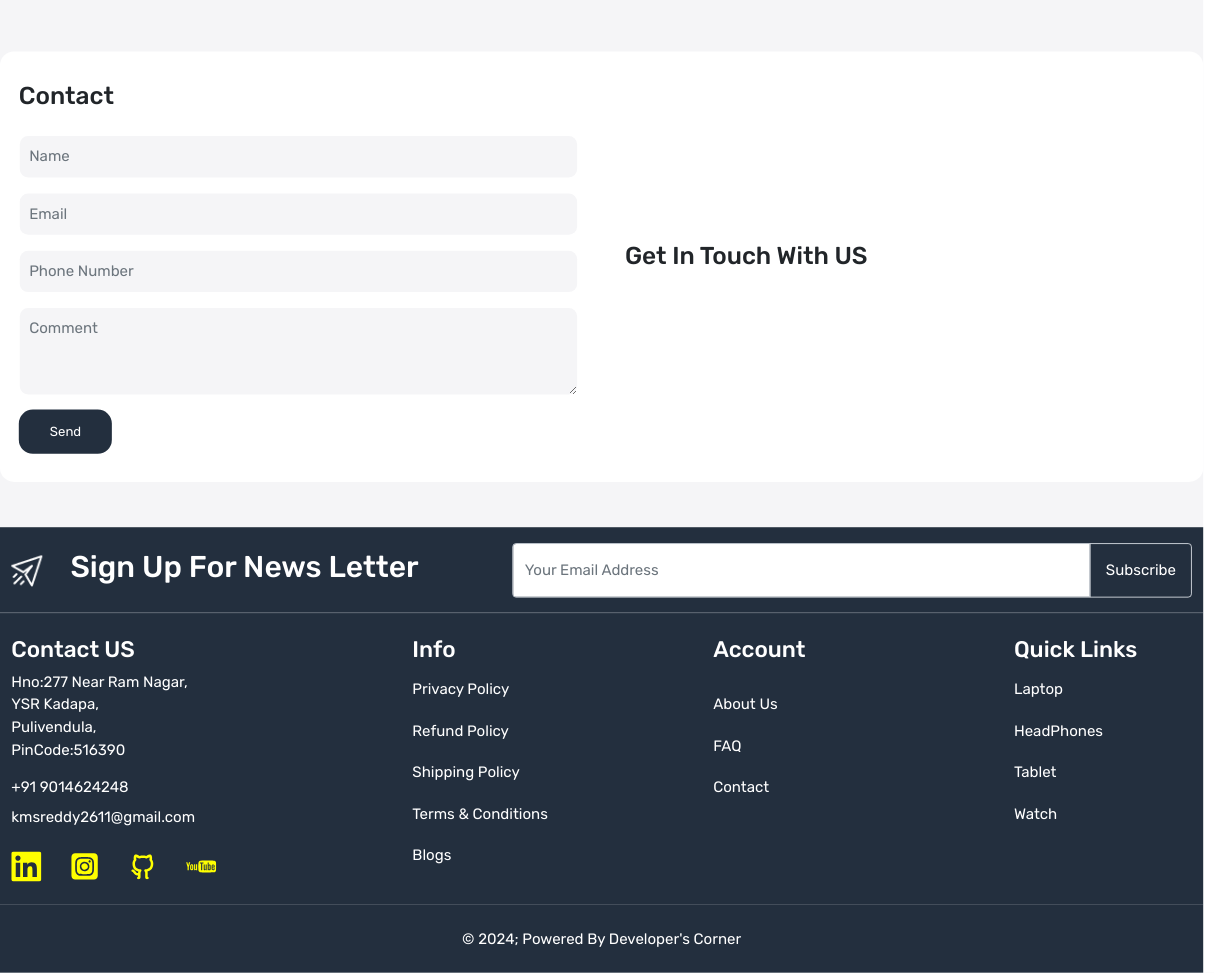
Repository: maniheist/ecommerce-app
Page: /contact
An editor plug-in stored every save of this project. The page is shown before and after the next save, followed by the edit.
The browser window is 1280 px wide. The page is 1292 px wide, so the pictures cover 1292 px, including what lies to the right of the window. The pictures show the part of the page from y = 787 to 1822 px (the page is 1822 px tall), at 94% of full size.
The project was rebuilt for these pictures with package versions that can differ from the ones it lists, and the page was loaded fresh each time. Also part of the build but not shown: src/components/BlogCard.js, src/components/ProductCard.js, src/components/SpecialProduct.js, src/pages/Home.js, src/pages/About.js, src/pages/OurStore.js, src/pages/Blog.js.

Above is the page before, as saved 2024-02-19 21:55:09.

### public/index.html
<!DOCTYPE html>
<html lang="en">
  <head>
    <meta charset="utf-8" />
    <link rel="icon" href="%PUBLIC_URL%/favicon.ico" />
    <meta name="viewport" content="width=device-width, initial-scale=1" />
    <meta name="theme-color" content="#000000" />
    <meta
      name="description"
      content="Web site created using create-react-app"
    />
    <link rel="apple-touch-icon" href="%PUBLIC_URL%/logo192.png" />

    <link rel="preconnect" href="https://fonts.googleapis.com" />
    <link rel="preconnect" href="https://fonts.gstatic.com" crossorigin />
    <link
      href="https://fonts.googleapis.com/css2?family=Rubik:ital,wght@0,300..900;1,300..900&display=swap"
      rel="stylesheet"
    />
    <link
      href="https://cdn.jsdelivr.net/npm/bootstrap@5.0.2/dist/css/bootstrap.min.css"
      rel="stylesheet"
      integrity="sha384-EVSTQN3/azprG1Anm3QDgpJLIm9Nao0Yz1ztcQTwFspd3yD65VohhpuuCOmLASjC"
      crossorigin="anonymous"
    />
    <link rel="manifest" href="%PUBLIC_URL%/manifest.json" />

    <title>React Redux App</title>
  </head>
  <body>
    <noscript>You need to enable JavaScript to run this app.</noscript>
    <div id="root"></div>
    <script
      src="https://cdn.jsdelivr.net/npm/bootstrap@5.0.2/dist/js/bootstrap.bundle.min.js"
      integrity="sha384-MrcW6ZMFYlzcLA8Nl+NtUVF0sA7MsXsP1UyJoMp4YLEuNSfAP+JcXn/tWtIaxVXM"
      crossorigin="anonymous"
    ></script>
  </body>
</html>

### src/index.js
import React from 'react';
import { createRoot } from 'react-dom/client';

import App from './App';

const container = document.getElementById('root');
const root = createRoot(container);

root.render(

      <App />

);

### src/App.js
import React from 'react';
import './App.css';
import {BrowserRouter,Routes,Route} from "react-router-dom";
import Layout from "./components/Layout";
import Home from "./pages/Home"
import About from "./pages/About"
import Contact from "./pages/Contact"
import OurStore from './pages/OurStore';
import Blog from "./pages/Blog";
function App() {
  return (
    <>
      <BrowserRouter>
        <Routes>
        <Route path="/" element={<Layout />}>
<Route index element={<Home />} />
<Route path="about" element={<About />}/>
<Route path="contact" element={<Contact />}/>
<Route path="store" element={<OurStore />}/>
<Route path="blogs" element={<Blog />}/>


        </Route>

        </Routes>
      </BrowserRouter>
    </>

  );
}

export default App;

### src/App.css
*{
  margin:0;
  padding:0;
  box-sizing:border-box;
}
:root{
  --color-131921:#131921;
  --color-3b4149:#3b4149;
--color-febd69:#fedb69;
--color-232f3e:#232f3e;
--color-bf4800:#bf4800;
--color-f5f5f7:#f5f5f7;
--color-ededed:#ededed;
--color-777777:#777777;
--color-1c1b1b:#1c1b1b;
--color-f2f2f2:#f2f2f2;
}

.section-heading{
  font-size: 26px;
  line-height: 32px;
  font-weight: 500;
  margin-bottom: 30px;

}
.card-wrapper{
  background-color: white;
  box-shadow: 0 0 10px #0000001a;
  padding: 15px;
}

.button{
  background-color:var(--color-232f3e) ;
  color: white;
  padding: 13px 33px;
  font-size: 14px;
  border-radius: 15px;
}
.button:hover{
  background-color: var(--color-febd69);
  color:#131921
}
body {
  font-family:"Rubik", sans-serif;
}
a {
  text-decoration:none;
  display:inline-block;
}

.form-control:focus{
  box-shadow:none;
  border-color: inherit;
}

/*header part*/
.header-top-strip{
  border-bottom: 1px solid var(--color-3b4149);
  background-color:var(--color-131921) ;
}

.header-upper{
  background-color: var(--color-131921);
}

.header-bottom{
  background-color: var(--color-232f3e);
}

.header-upper .input-group-text{
  background-color: var(--color-febd69);
}

.header-upper.header-upper-links img{
  width:35px;
  height: 35px;
}

.gap-10{
  gap: 10px;
}


.gap-15{
  gap: 15px;
}

.gap-30{
  gap: 30px;
}
.header-bottom .menu-links a,
.header-bottom .dropdown button
{
  color: white;
  font-size: 14px;
  line-height: 18px;
  font-weight: 480;
  letter-spacing:0.3;
  text-transform: uppercase;
}

.header-bottom .dropdown button:focus{
  box-shadow: none;
}

.header-bottom .dropdown-menu{
  background-color: var(--color-131921);
  width:100%;
  transform: translate3d(0px,57px,0px) !important;
}

.header-bottom .dropdown-item{
  padding:20px;
  margin-bottom: 3px;
  border-bottom: 1px solid var(--color-3b4149)
  ;

}
.header-bottom .dropdown-item:hover{
  background-color: transparent;
  color: var(--color-febd69) !important;
}
/*header part end */


/*footer part  */

footer{
  background-color: var(--color-232f3e);
}



footer:not(:first-child){
  border-top:1px solid rgba(255,255,255,0.1);

}

footer .input-group-text{
  background-color: var(--color-232f3e);
  color:white;
  padding:8px 17px;
}
/* footer part end */

/*Home page*/

.main-banner-content{
  top:15%;
  left:5%;
}

.main-banner-content h4{

  font-size: 19px;
  font-weight: 400;
  line-height: 24px;
  color:var(--color-bf4800);
  margin: 0 0 12px;
  letter-spacing: 0.3px;
  text-transform: uppercase;

}

.main-banner-content h5{
  font-size: 52px;
  font-weight: 500;
  line-height: 64px;
  letter-spacing: -2px;
  text-transform: none;

}

.main-banner-content p{
  font-size: 18px;
  line-height: 28px;
  letter-spacing: 0.4px;
  font-weight: 100;
  color: var(--color-131921);
}


.small-banner-content{
  top:25%;
  left:10%;
}

.small-banner-content h4{

  font-size: 21px;
  font-weight: 400;
  line-height: 24px;
  color:var(--color-bf4800);
  margin: 0 0 12px;
  letter-spacing: 0.3px;
  text-transform: uppercase;
}
.small-banner-content h5{
  font-size: 33px;
  font-weight: 500;
  line-height: 34px;
  letter-spacing: -2px;
  text-transform: none;

}

.small-banner-content p{
  font-size: 18px;
  line-height: 28px;
  letter-spacing: 0.4px;
  font-weight: 100;
  color: var(--color-131921);
}

.small-banner{
  width: 49%;

}


/* Home wrapper 2 */

.home-wrapper-2{
  background-color: var(--color-f5f5f7);

}

/* Home wrapper 2 ends */

/* categories section */

.categories{
  background-color: white;
  box-shadow: 0 0 10px #0000001a;
  padding: 15px;
}

.categories > div{
  width:25%;
  padding: 10px 10px 10px 20px;
}

.categories > div:nth-child(1),
.categories > div:nth-child(2),
.categories > div:nth-child(3),
.categories > div:nth-child(4){
  border-bottom: 1px solid var(--color-ededed) ;
}

.categories>div>div{
  width:60%
}

.categories > div:nth-child(1),
.categories > div:nth-child(2),
.categories > div:nth-child(3){
  border-right: 1px solid var(--color-ededed) ;
}

.categories > div:nth-child(5),
.categories > div:nth-child(6),
.categories > div:nth-child(7){
  border-right: 1px solid var(--color-ededed) ;
}
/* categories end */

/* Home Page End */


/* Blogcard */

.blog-card{
  background-color: white;
  padding:20px;
  border-radius:10px;
}

.blog-card img{
  border-top-left-radius:10px;
  border-top-right-radius:10px;
}

.blog-content{
  padding: 15px;

}

.blog-contentp.date{
  font-size: 13px;
  line-height: 24px;
  text-transform: uppercase;
  letter-spacing: 0;
  font-weight: 400;
  color: var(--color-777777);
  padding: 0;

}

.blog-content h5{
  font-size: 18px;
  color: var(--color-131921);
}


.blog-content p.desc{
  font-size: 13px;
  line-height: 22px;
  color: var(--color-777777);
}
/*Blogcard ends*/


/* product card */

.product-card{
  padding: 15px;
  background-color: white;
  border-radius: 13px;
overflow:hidden;
width: 100%;
}

.product-card .product-image{
  height: 270px;
}

.product-card .product-image img{
  object-fit: contain;
}
.product-card .product-image> img:last-child{
  display: none;
}
.product-card:hover .product-image > img:nth-child(1){
display: none;

}
.product-card:hover .product-image>img:last-child{
  display: block;


}



.product-card:hover .action-bar{
  right: 15px;

}
.product-card .product-details h6 {
  color:var(--color-bf4800);
  font-size: 13px;



}


.product-card .product-details h5{
  font-size: 15px;
  color: var(--color-1c1b1b);
}

.product-card.product-details p.price{
  font-size: 16px;
  color: var(--color-1c1b1b);
}

.product-card p.description{
  font-size: 13px;
  color: var(--color-777777);
  margin-right: 20px;
}

.action-bar{
  top: 10%;
  right:-23px;
  transition: 0.3s;
}


.wishlist-icon{
  top: 2%;
  right:15px;

}
/* product card ends */

/* special product */

.special-product-card{
  padding:20px 10px;
  border-radius: 10px;
  background-color: white;
}

.special-product-card .badge{
  background-color:#eb353b !important;
}


/* special product ends */

/* famous start */

.famous-card .famous-content{
  top: 10%;
  left: 5%;

}

.famous-card img{
  border-radius: 10px;
}

.famous-content h5{
  font-size: 13px;
  line-height: 20px;
  font-weight: 400px;
  color: white;
  margin-bottom: 7px;
  text-transform: uppercase;

}
.famous-content h6{
  font-size: 24px;
  line-height: 38px;
  font-weight: 500;
  color: white;
}
.famous-content p{
  font-size: 16px;
  line-height: 24px;
  color: white;
  font-weight: 100;
}

/* famous ends */

/* Our Store Start */

.filter-card{
  background-color: white;
  border-radius: 10px;
  padding: 15px 15px 25px;
}

.filter-title{
  font-size: 16px;
  line-height: 20px;
  font-weight: 600;
  color: var(--color-1c1b1b);
  margin-bottom: 20px;
}

.filter-card ul,
.filter-card .form-check-label {
  list-style-type:none;
  font-size: 13px;
  line-height: 30px;
  color: var(--color-777777);
  cursor: pointer;
}

.filter-card .form-check-input:focus{
  box-shadow: none;
  border-color: rgba(0,0,0,0.25);
}
.filter-card .form-check-input:checked{
background-color: var(--color-febd69);
  border-color: var(--color-febd69);

}
.sub-title{
  font-size: 40px;
  font-weight: 600;
  color: var(--color-1c1b1b);
  margin-bottom: 15px;
  margin-top: 20px;
}

.colors{
  list-style-type: none;
  display: flex;
  flex-wrap: wrap;
  gap: 10px;
}
.colors .one{
  width: 20px;
  height: 20px;
  background-color: red;
  border-radius: 50%;
}
.colors .two{
  width: 20px;
  height: 20px;
  background-color: blue;
  border-radius: 50%;
}
.colors  .three{
  width: 20px;
  height: 20px;
  background-color: yellow;
  border-radius: 50%;
}
.colors  .four{
  width: 20px;
  height: 20px;
  background-color: pink;
  border-radius: 50%;
}
.colors  .five{
  width: 20px;
  height: 20px;
  background-color: black;
  border-radius: 50%;
}
.colors  .six{
  width: 20px;
  height: 20px;
  background-color: brown;
  border-radius: 50%;
}

.colors  .seven{
  width: 20px;
  height: 20px;
  background-color:chocolate;
  border-radius: 50%;
}

.random-products h5{
font-size: 14px;
margin-bottom: 8px;
}

.random-products:first-child{
  border-bottom: 1px solid var(--color-ededed);
}

.filter-sort-grid{
  padding: 10px;
  background-color: white;
  border-radius: 10px;
}

.grid img{
  width: 35px;
  height: 35px;
  background-color: var(--color-f2f2f2);
  padding: 8px;
  border-radius: 3px;
  cursor: pointer;
}
.grid img:hover{
  background-color:burlywood;
}

.g-12{
  width: 100%;

}
.gr-6{
  width: 49%;
}
.gr-4{
  width: 32%;
}
.gr-3{
  width: 24%;

}

.gr-12 .product-card{
  display: flex;
  gap:20px;
}
.gr-6 .product-image{
  width: 100%;
}
.gr-6 .product-image img{
  margin: auto;
  display: block;
}
.gr-12 .product-card .product-image{
  width: 270px;
}

.gr-12 .product-card .product-image{
  height: auto;
}
.gr-12 .action-bar{top: 17%;}


/* Our store ends */


/* contact us starts*/

.contact-inner-wrapper{
  padding:30px 20px;
  border-radius: 15px;
  background-color: white;
  gap:15px;
}
.contact-inner-wrapper>div{
  width: 48%;
}

.contact-title{
  font-size: 26px;
  font-weight: 500;
  line-height: 35px;
  text-align: left;

}

.contact-inner-wrapper form .form-control{
  background-color: var(--color-f5f5f7);
  border-radius: 10px;
  border-color: transparent;
  padding: 10px;
}




/* contact us ends */

### src/components/Layout.js
import React from 'react'
import {Outlet} from "react-router-dom";
import Header from "./Header";
import Footer from "./Footer";
const Layout = () => {
  return (
    <>
            <Header />
            <Outlet />
            <Footer />

    </>
  )
}

export default Layout

### src/pages/Contact.js
import React from 'react'
import BreadCrumb from '../components/BreadCrumb'
import Meta from '../components/Meta';
const Contact = () => {
  return <>
    <Meta title={"Contact Us"}></Meta>
    <BreadCrumb title='Contact Us'/>
    <div className='contact-wrapper py-5 home-wrapper-2'>
      <div container-xxl>
        <div className='row'>
          <div className='col-12'>
            <iframe src="https://www.google.com/maps/embed?pb=!1m18!1m12!1m3!1d15456.432357555697!2d78.21833090604169!3d14.420932058421547!2m3!1f0!2f0!3f0!3m2!1i1024!2i768!4f13.1!3m3!1m2!1s0x3bb3ebb7c5835cd9%3A0x3a4854affffebccd!2sPulivendula%2C%20Andhra%20Pradesh!5e0!3m2!1sen!2sin!4v1708358338706!5m2!1sen!2sin" width="600" height="450" className='border:0 w-100' allowFullScreen="" loading="lazy" referrerPolicy="no-referrer-when-downgrade"></iframe>
          </div>
          <div className='col-12 mt-5'>
            <div className='contact-inner-wrapper d-flex justify-content-between align-items-center'>
            <div><h3 className='contact-title mb-4'>Contact </h3>
            <form className='d-flex flex-column gap-15'>
              <div>
                <input type='text' className='form-control' placeholder='Name'></input>
              </div>
              <div>
                <input type='email' className='form-control' placeholder='Email'></input>
              </div>
              <div>
                <input type='tel' className='form-control' placeholder='Phone Number'></input>
              </div>
              <div>
                <textarea name='' className='form-control w-100' id='' cols="30" rows="3" placeholder='Comment'></textarea>
              </div>
              <div>
                <button className='button border-0'>Send</button>
              </div>
            </form>
            </div>
            <div><h3 className='contact-title mb-4'>Get In Touch With US </h3>
            </div>


            </div>
          </div>
        </div>
      </div>
    </div>
  </>
}

export default Contact

### src/components/Header.js
import React from 'react'
import {NavLink,Link} from "react-router-dom"
import {BsSearch} from "react-icons/bs"
const Header = () => {
  return <>
  <header className='header-top-strip py-3'>
    <div className='container-xxl'>
      <div className='row'>
        <div className='col-6'>
          <p className='text-white mb-0'>Free Shipping Over $100 & Free Return</p>
        </div>
        <div className='col-6'>
          <p className='text-end text-white mb-0'>
            Hotline:
            <a className='text-white' href='tel:+9014624248'>+91 9014624248</a>
          </p>
        </div>
      </div>
    </div>
  </header>
  <header className='header-upper py-3'>
    <div className='container-xxl'>
      <div className='row align-items-center'>
        <div className='col-2'>
          <h2><Link className='text-white'>
            Dev Corner
          </Link></h2>
        </div>
        <div className='col-5'>
          <div className="input-group">
  <input type="text" className="form-control py-2" placeholder="Search Products Here..." aria-label="Search Products Here..." aria-describedby="basic-addon2"/>
  <span className="input-group-text p-3" id="basic-addon2"><BsSearch className='fs-6' /></span>
</div>
        </div>
        <div className='col-5'>
          <div className='header-upper-links d-flex align-items-center justify-content-between'>
            <div>
              <Link className='d-flex align-items-center gap-10 text-white'>
              <img src="/images/compare.svg" alt='compare' />
                <p className='mb-0'>Compare <br /> Products</p>
              </Link>
            </div>
            <div>
              <Link className='d-flex align-items-center gap-10 text-white'>
              <img src="/images/wishlist.svg" alt='wishlist' />
                <p className='mb-0'>Favorite <br /> Wishlist</p>
              </Link>
            </div>
            <div>
              <Link className='d-flex align-items-center gap-10 text-white'>
              <img src="/images/user.svg" alt='user' />
                <p className='mb-0'>Login <br /> My Account</p>
              </Link>
            </div>
            <div>
              <Link className='d-flex align-items-center gap-10 text-white'>
            <img src="/images/cart.svg" alt='cart' />
                <div className='d-flex flex-column gap-10'>
                <span className='badge bg-white text-dark'>0</span>
                <p className='mb-0'>$ 500</p>

                </div>
              </Link>
            </div>
          </div>
        </div>
      </div>
    </div>
  </header>
<header className='header-bottom py-3'>
  <div className='container-xxl'>
    <div className='row'>
      <div className='col-12'>
        <div className='menu-bottom d-flex align-items-center gap-30'>
        <div>
          <div className="dropdown">
  <button className="btn btn-secondary dropdown-toggle bg-transparent border-0 gap-15 d-flex align-items-center" type="button" id="dropdownMenuButton1" data-bs-toggle="dropdown" aria-expanded="false">
    <img src="images/menu.svg" alt=""/><span className='me-5 d-inline-blocto'>hopping Categories</span>
  </button>
  <ul className="dropdown-menu" aria-labelledby="dropdownMenuButton1">
    <li><to className="dropdown-item text-white" to="">Pants</to></li>
    <li><to className="dropdown-item text-white" to="">Shirts</to></li>
    <li><to className="dropdown-item text-white" to="">Shorts</to></li>
  </ul>
</div>
        </div>
        <div className='menu-links'>
          <div className='d-flex align-items-center gap-15'>
            <NavLink className='text-white' to="/">Home</NavLink>
            <NavLink className='text-white' to="/store">Our Store</NavLink>
            <NavLink className='text-white' to="/blogs">Blogs</NavLink>
            <NavLink className='text-white' to="/contact">Contact</NavLink>
          </div>
        </div>

        </div>
      </div>
    </div>
  </div>
</header>


  </>
}

export default Header

### src/components/BreadCrumb.js
import React from 'react'
import {Link} from 'react-router-dom';
const BreadCrumb = (props) => {
    const {title}=props;
  return (
    <div className='breadcrumb mb-0 py-4'>
      <div className='container-xxl'>
        <div className='row'>
            <div className='col-12'>
                <p className='text-center mb-0'><Link to='/' className='text-dark'>Home &nbsp; </Link> / {title}</p>
            </div>
        </div>
      </div>
    </div>
  )
}

export default BreadCrumb

### src/components/Meta.js

import React from 'react'
import {Helmet} from "react-helmet";

const Meta = (props) => {
  return (
    <Helmet>
                <meta charSet="utf-8" />
                <title>{props.title}</title>
            </Helmet>
  )
}

export default Meta

Loaded but not shown: src/components/Footer.js (104 lines, source omitted)

After the next save:
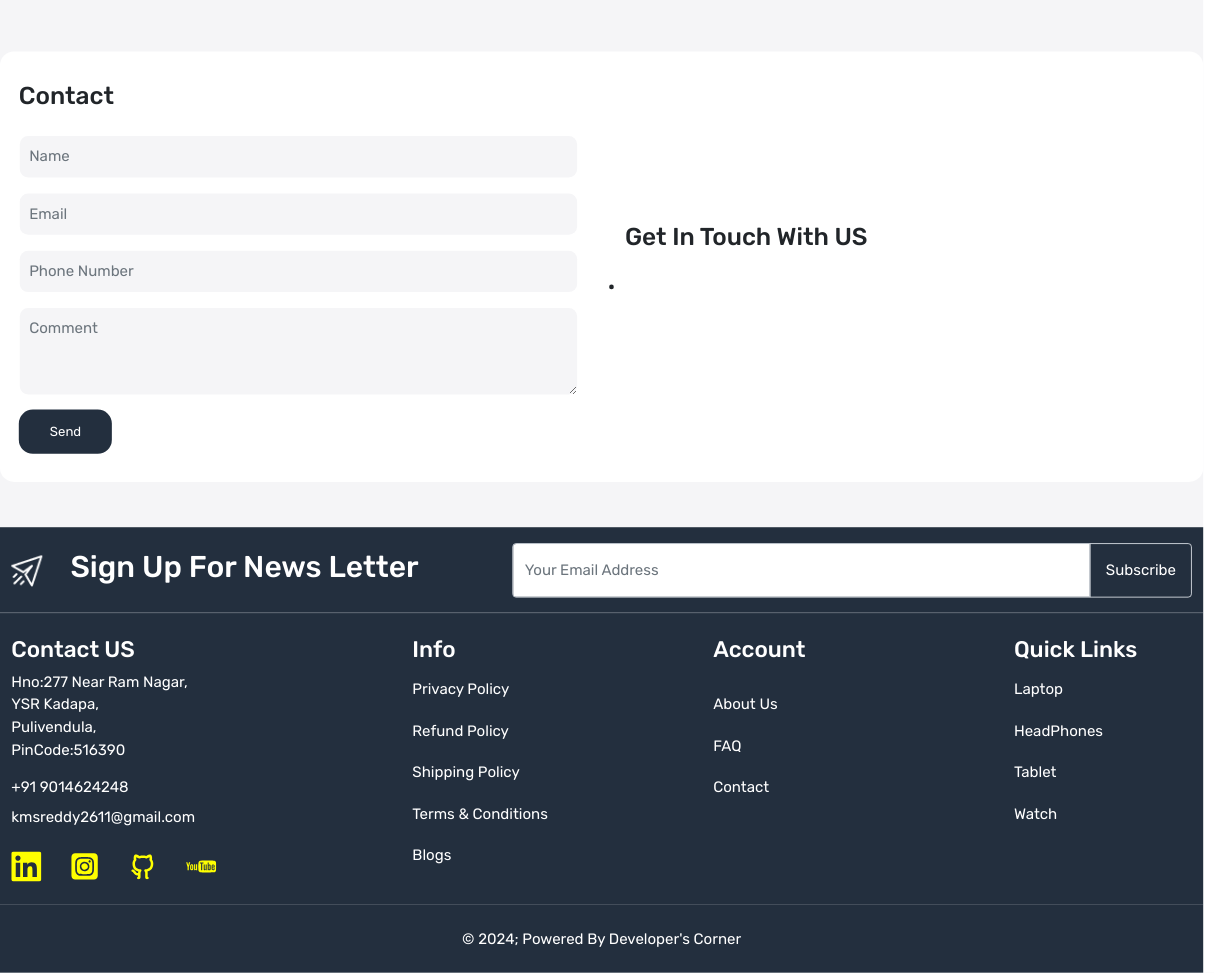
Saved 2 min 7 s later.
--- a/src/pages/Contact.js
+++ b/src/pages/Contact.js
@@ -33,6 +33,11 @@
             </form>
             </div>
             <div><h3 className='contact-title mb-4'>Get In Touch With US </h3>
+            <div>
+              <ul className='ps-0'>
+                <li></li>
+              </ul>
+            </div>
             </div>
 
 

After the 2 saves that followed:
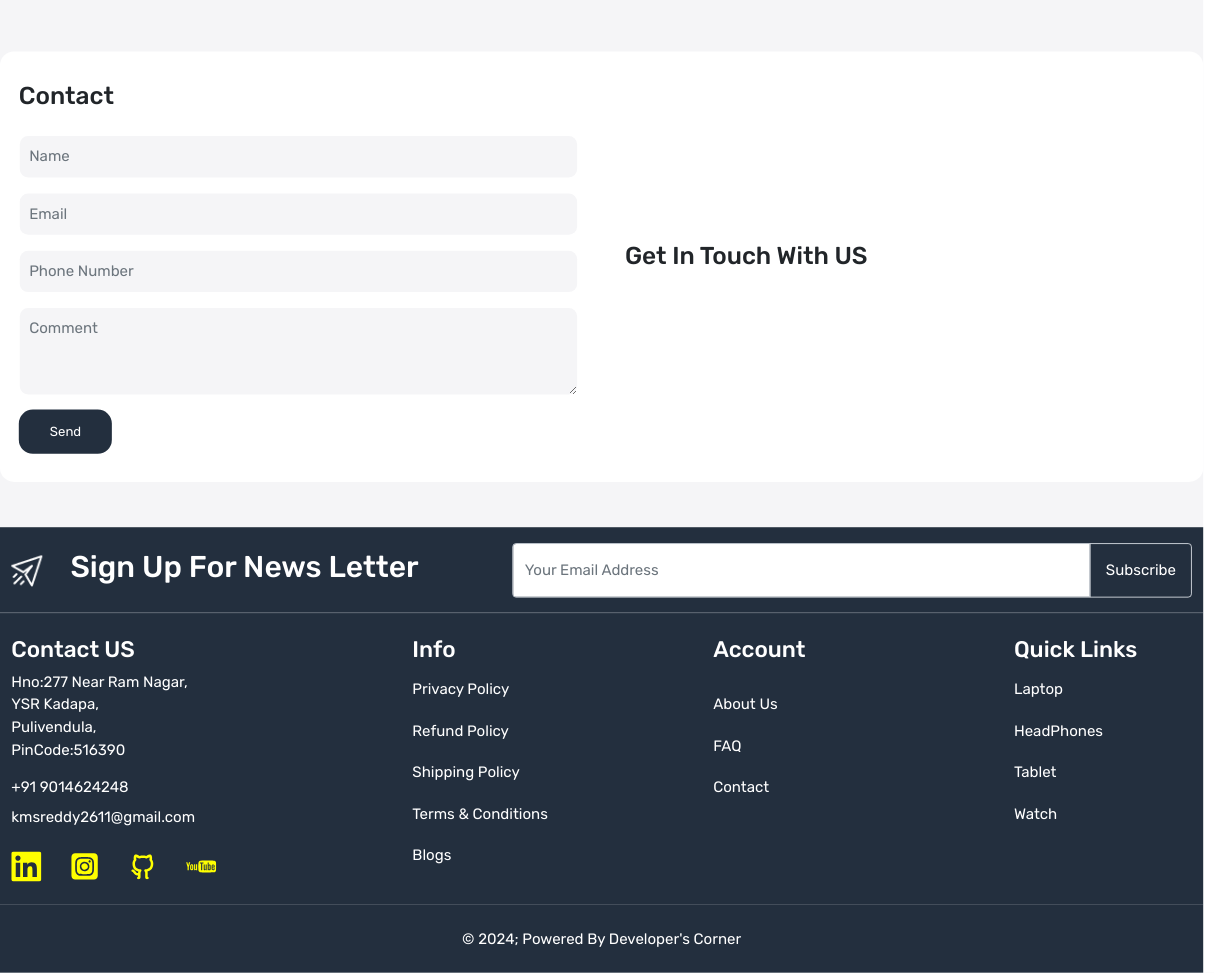
The 2 saves are shown as one change because they came seconds apart.
The last was saved 20 s later.
--- a/src/App.css
+++ b/src/App.css
@@ -621,7 +621,9 @@
   padding: 10px;
 }
 
-
+.contact-inner-wrapper ul{
+  list-style: none;
+}
 
 
 /* contact us ends */
